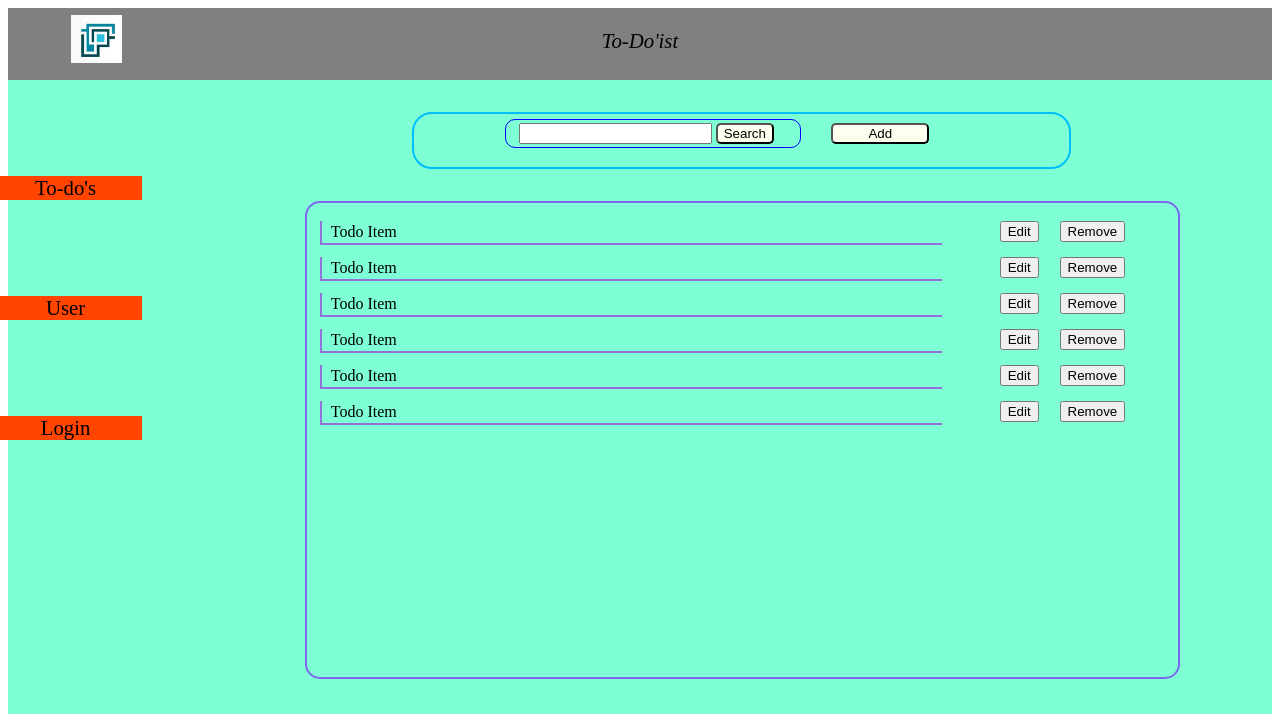
Repository: tavisca-pkadam/Todo-Website
Page: home.html
The author's editor kept a copy of each file at every save. The page is drawn from the files as they stood at one save, then again after a run of saves.
The browser window is 1280 px wide. The pictures show the whole page.

Above is the page before, as saved 2019-08-20 08:46:25.

### home.html
<!DOCTYPE html>
<html>
  <head>
    <meta charset="utf-8" />
    <meta http-equiv="X-UA-Compatible" content="IE=edge" />
    <title>Page Title</title>
    <meta name="viewport" content="width=device-width, initial-scale=1" />
    <link rel="stylesheet" type="text/css" media="screen" href="main.css" />

    <link rel="import" href="components/header.html" />

    <!-- <script src='main.js'></script> -->
  </head>
  <body>
    <div id="head" class="header">
      <img id="company_logo" src="src/logo.jpg" width="5%" />
      <p id="todo_header"><i>To-Do'ist</i></p>
    </div>


    <div id="side_nav">
      <div id="side_todo"  class="side_btn">
        To-do's
      </div>
      <div id="side_user" class="side_btn">
        User
      </div>
      <div id="side_login" class="side_btn">
        Login
      </div>
    </div>
    <div id="todo_content">
        <div id="todo_content_head">
            <div id="todo_content_search">
                <input type="text" style="padding-right:10px">
                <button class="search_button">Search</button>
            </div>
            <button id="todo_content_add" class="search_button">Add</button>
        </div>
        <div id="todo_list">
            <div class="todo_item">
                <div class="todo_detail">
                        Todo Item
                </div>
                <button class="todo_edit_btn">Edit</button>
                <button>Remove</button>
            </div>
            <div class="todo_item">
                <div class="todo_detail">
                        Todo Item
                </div>
                <button class="todo_edit_btn">Edit</button>
                <button>Remove</button>
            </div>
            <div class="todo_item">
                <div class="todo_detail">
                        Todo Item
                </div>
                <button class="todo_edit_btn">Edit</button>
                <button>Remove</button>
            </div>
            <div class="todo_item">
                <div class="todo_detail">
                        Todo Item
                </div>
                <button class="todo_edit_btn">Edit</button>
                <button>Remove</button>
            </div>
            <div class="todo_item">
                <div class="todo_detail">
                        Todo Item
                </div>
                <button class="todo_edit_btn">Edit</button>
                <button>Remove</button>
            </div>
            <div class="todo_item">
                <div class="todo_detail">
                        Todo Item
                </div>
                <button class="todo_edit_btn">Edit</button>
                <button>Remove</button>
            </div>
        </div>
    </div>
  </body>
</html>

### main.css
.header {
    background-color:gray;
    position: relative;
    width: 100%;
    height: 10vh;
}

#company_logo {
    position: absolute;
    left: 5%;
    width: 4%;
    margin-top: 1vh;
}

#todo_header {
    font-size: 1.3em;
    font-style: oblique;
    font-stretch: expanded;
    position: absolute;
    width: 100%;
    text-align: center;
    /* right: 45%; */
}

#side_nav {
    position: fixed;
    width: 15%;
    background-color: aquamarine;
    height: 88vh;
}

.side_btn {
    left:-10%;
    text-align: center;
    width: 80%;
    position: relative;
    background-color: orangered;
    margin-top: 50%;
    font-size: 1.3rem
}


#todo_content {
    position: relative;
    left: 15%;
    width:85%;
    background-color: aquamarine;
    height: 88vh;
}

#todo_content_head {
    border: 1px;
    position: relative;
    /* background-color: deepskyblue; */
    padding: 5px;
    width: 60%;
    height: 6vh;
    border-radius: 20px;
    left: 20%;
    top: 5%;

    border-width: 2px;
    border-style: solid;
    border-color: deepskyblue;
}

.search_button{
    text-align: center;
    background-color: ivory;
    border-radius: 5px;
}

#todo_content_search{
    position: absolute;
    /* background-color: darksalmon; */
    padding: 0.5%;
    margin-left:4%;
    padding-left: 2%;
    padding-right: 4%;
    left: 5vw;
    border-radius: 10px;
    border-width: 1px;
    border-style: solid;
    border-color: blue;

}
#todo_content_add {
    position: absolute;
    background-color: ivory;
    left: 30vw;
    /* top: 10px; */
    width: 15%;
    margin: 4px;
    margin-left: 5%;
}


#todo_list {
    /* background-color: mediumslateblue; */
    position: relative;
    width: 80%;
    left: 10%;
    top: 10%;
    height: 65vh;
    border-radius: 15px;
    padding:3px;
    padding-left: 8px;


    border-width: 2px;
    border-style: solid;
    border-color: mediumslateblue;
}

.todo_item{
    margin:5px;
    margin-top: 15px;
}

.todo_edit_btn{
    margin-left: 80%;
    margin-right: 2%;
}

.todo_detail{
    width: 70%;

    position: absolute;
    padding: 2px;
    padding-left: 1%;

    border-bottom: 6px solid;
    border-left: 6px solid;
    border-width: 2px;
    border-color: mediumpurple;
    }

After the next 4 saves:
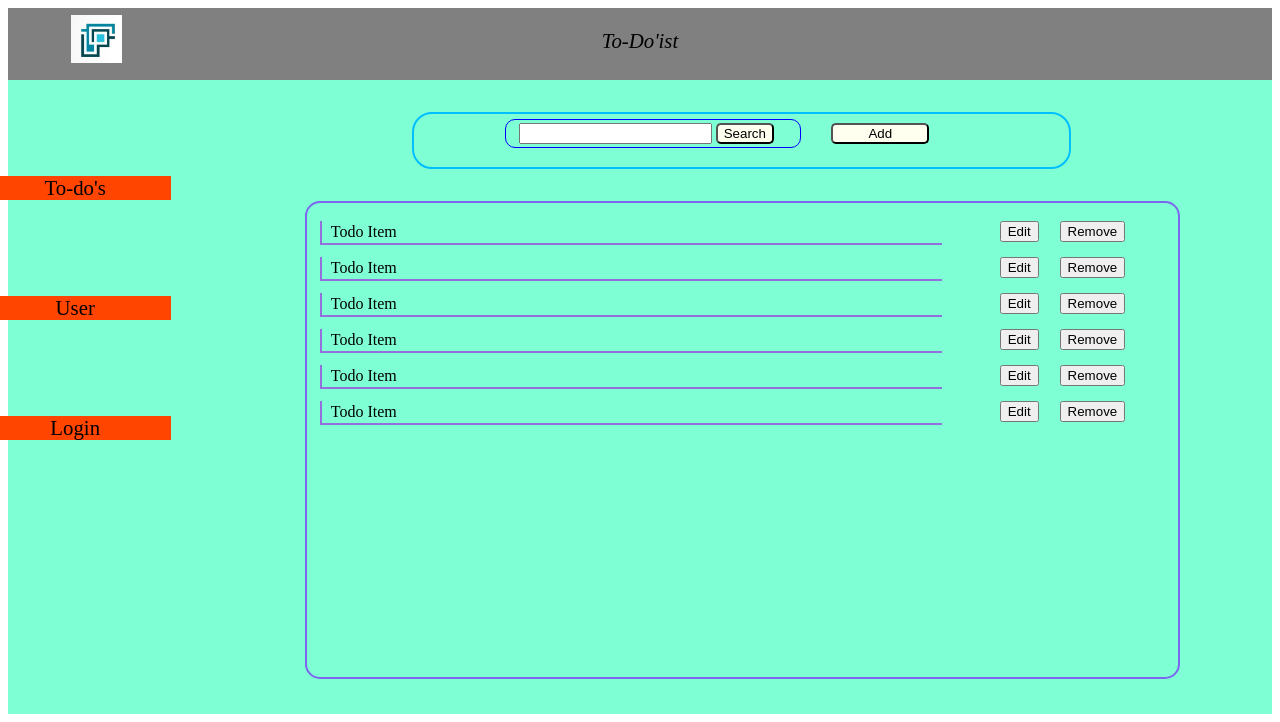
The 4 saves are shown as one change because they came seconds apart.
The last was saved 68 s later.
--- a/main.css
+++ b/main.css
@@ -30,9 +30,9 @@
 }
 
 .side_btn {
-    left:-10%;
+    left:-15%;
     text-align: center;
-    width: 80%;
+    width: 100%;
     position: relative;
     background-color: orangered;
     margin-top: 50%;
